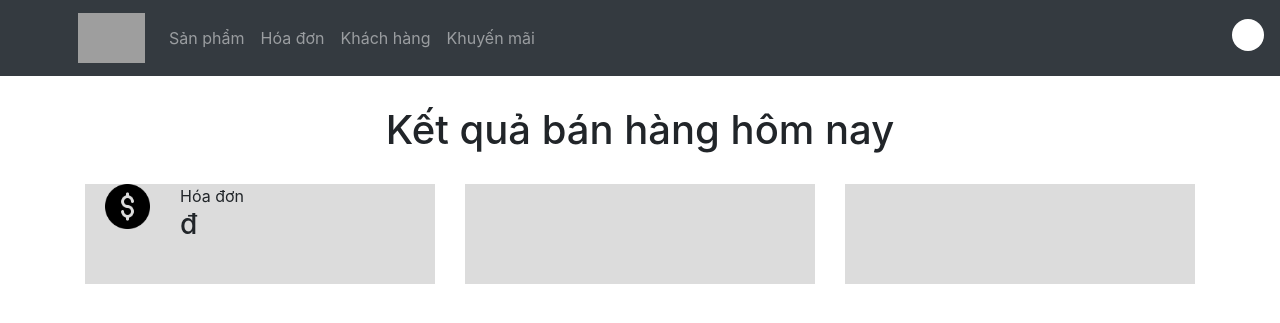
Repository: nksinh51018/THCS2
Page: http://localhost/WebBanGiay2/WEB-INF/views/AdminView.jsp
These files come from the project's save history. The page is drawn as it stood at one moment and after the next save; the edit follows.
The browser window is 1280 px wide. The pictures show the whole page.
The page is served by Tomcat 9. Nobody is signed in. The template is opened directly, without the code that normally fills it, so the values that code supplies are empty.

Above is the page before, as saved 2020-06-04 18:27:28.

After the next save:
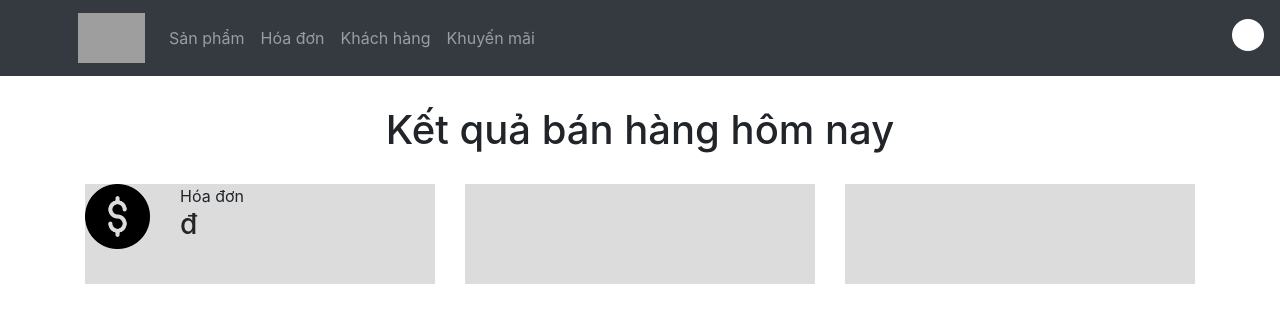
Saved 68 s later.
--- a/WebBanGiay2/src/main/webapp/WEB-INF/views/AdminView.jsp
+++ b/WebBanGiay2/src/main/webapp/WEB-INF/views/AdminView.jsp
@@ -21,7 +21,7 @@
 				<div style="background-color: #dcdcdc;height: 100px;margin: auto">
 					<div class="row">
 						<div class="col-md-3">
-							<img class="align-middle" style="width: 100%;background-size: cover;padding-left: 20px" src='<c:url value="/resources/image/money.png" />' />
+							<img class="align-middle" style="width: 100%;background-size: cover" src='<c:url value="/resources/image/money.png" />' />
 						</div>
 
 						<div class="col-md-9">
